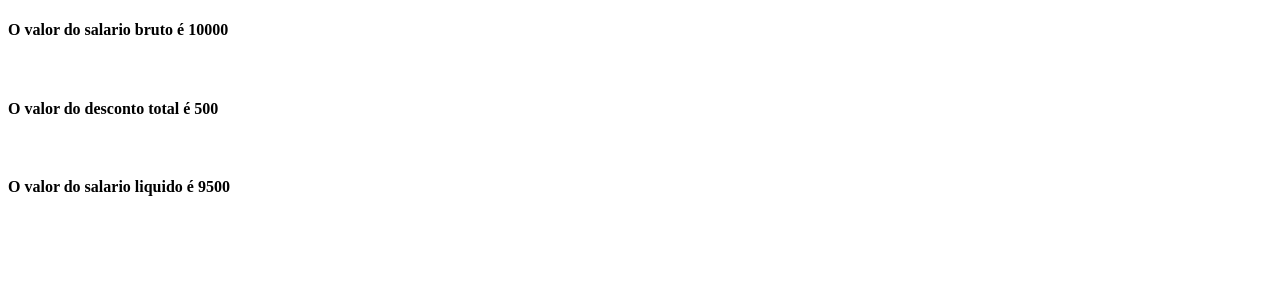
Repository: Nickolaz1/exercicios-jsp
Page: http://localhost/exer01/
These files come from the project's save history. The page is drawn as it stood at one moment and after the next save; the edit follows.
The browser window is 1280 px wide. The pictures show the whole page.
The page is served by Tomcat 9.

Above is the page before, as saved 2021-06-06 23:06:32.

### exer01/WebContent/index.jsp
<%@ page language="java" contentType="text/html; charset=UTF-8" pageEncoding="UTF-8"%>
<!DOCTYPE html>
<html lang="pt-br">
	<head>
		<meta charset="UTF-8">
		<title>Exercicio01 - JSP</title>
	</head>
	<body>
		<%! int ht = 200, vh = 50, pd = 5, sb, td, sl; %>
		<% 	sb = ht * vh;
			td = (sb * pd)/100;
			sl = sb - td;
		%>
		<%-- Apresentar os valores : SB, TD e SL --%>
		<h4>O valor do salario bruto é <%= sb %></h4><br>
		<h4>O valor do desconto total é <%= td %></h4><br>
		<h4>O valor do salario liquido é <%= sl %></h4><br>

	</body>
</html>

After the next save:
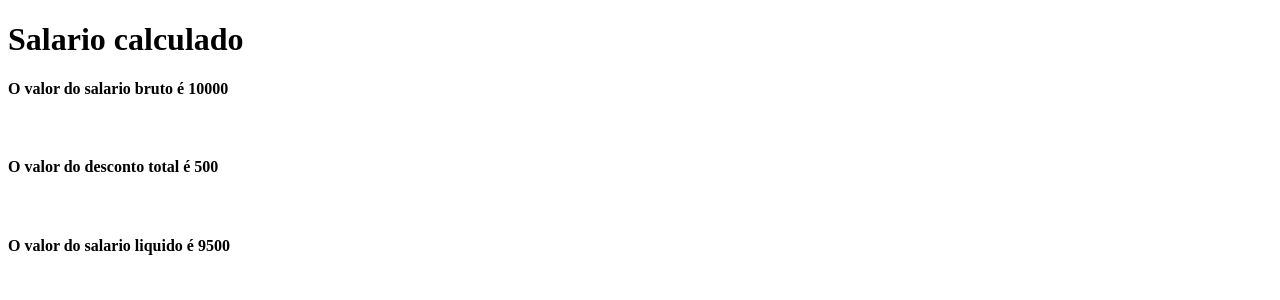
Saved 70 s later.
--- a/exer01/WebContent/index.jsp
+++ b/exer01/WebContent/index.jsp
@@ -6,6 +6,7 @@
 		<title>Exercicio01 - JSP</title>
 	</head>
 	<body>
+		<h1>Salario calculado</h1>
 		<%! int ht = 200, vh = 50, pd = 5, sb, td, sl; %>
 		<% 	sb = ht * vh;
 			td = (sb * pd)/100;
